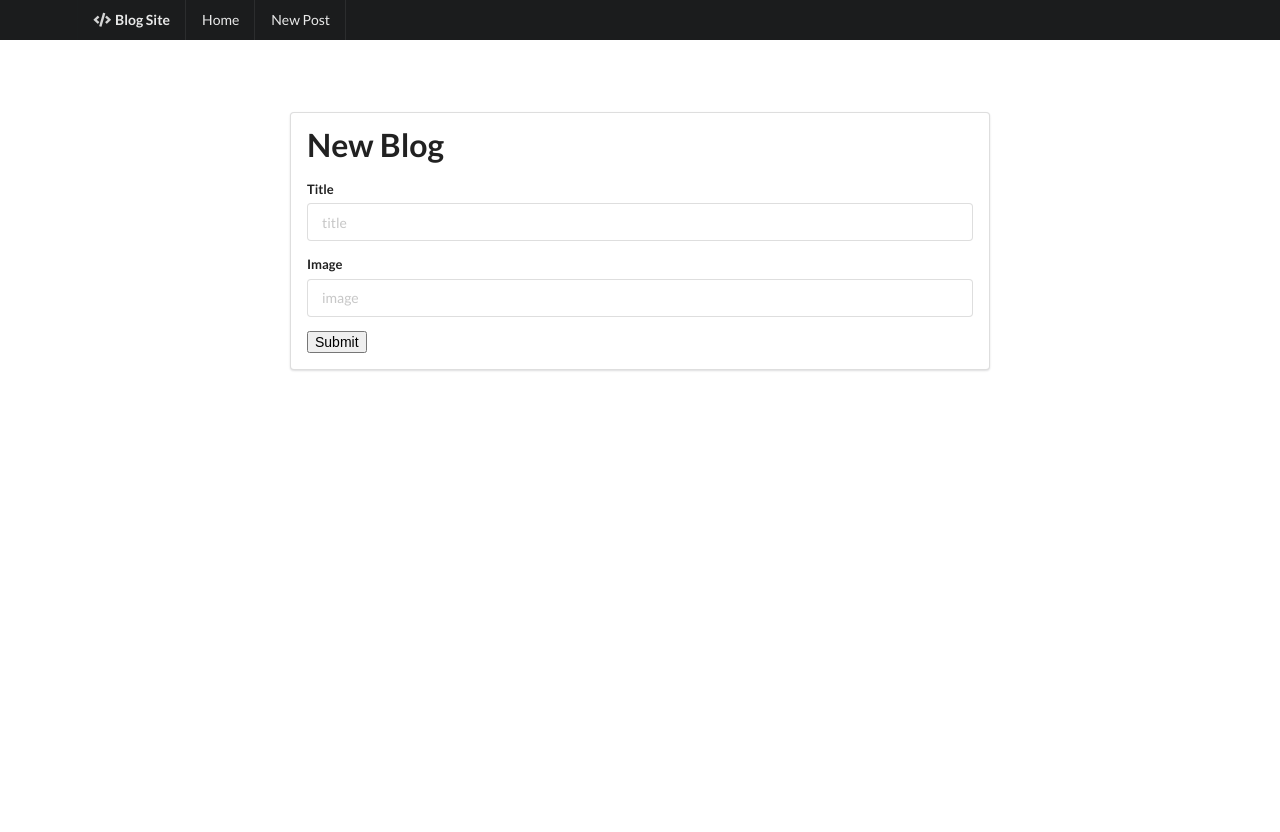
Repository: pruzic/webdevbootcamp
Page: http://localhost/blogs/new
The author's editor kept a record of every edit. The page is drawn from the files as they stood at one moment, then again after the next edit.
The browser window is 1280 px wide. The pictures show the whole page.
Some web libraries are served in a nearby version. The page is served by the project's Node server (RESTfulRouting/RESTfulBlogApp/app.js).

Above is the page before.

### workspace/RESTfulRouting/RESTfulBlogApp/views/new.ejs
<% include ./partials/header %>
<div class="ui main text container segment">
    <div class="ui huge header">
        New Blog
    </div>
    <form class="ui form" action="/blogs" method="POST">
        <div class="field">
            <label>Title</label>
            <input type="text" name="blog[title]" placeholder="title">
        </div>
        <div class="field">
            <label>Image</label>
            <input type="text" name="blog[image]" placeholder="image">
        </div>
        <div class="field">

        </div>

        <input type="submit" value="Submit">
    </form>
</div>

<% include ./partials/footer %>

### workspace/RESTfulRouting/RESTfulBlogApp/views/partials/header.ejs
<!DOCTYPE html>
<html>
    <header>
        <title>Blog App</title>
       <link rel="stylesheet" type="text/css" href="https://cdnjs.cloudflare.com/ajax/libs/semantic-ui/2.2.9/semantic.min.css">
       <link rel="stylesheet" type="text/css" href="/stylesheets/app.css">
    </header>

    <body>
       <div class="ui fixed inverted menu">
           <div class="ui container">
               <div class="header item"><i class="code icon"></i>Blog Site</div>
               <a href="/" class="item">Home</a>
               <a href="/blogs/new" class="item">New Post</a>
           </div>
       </div>

### workspace/RESTfulRouting/RESTfulBlogApp/views/partials/footer.ejs

   </body>
</html>

### workspace/RESTfulRouting/RESTfulBlogApp/app.js
var bodyParser          = require("body-parser"),
    methodOverride      = require("method-override"),
    expressSanitizer    = require("express-sanitizer"),
    mongoose            = require("mongoose"),
    express             = require("express"),
    app                 = express();

    //APP CONFIG
    mongoose.connect("mongodb://localhost/restful_blog_app");
    app.set("view engine", "ejs");
    app.use(express.static("public"));
    app.use(bodyParser.urlencoded({extended: true}));
    app.use(expressSanitizer(""));
    app.use(methodOverride("_method"));


    // MONGOOSE/MODEL CONFIG
    var blogSchema = new mongoose.Schema({
        title: String,
        image: String,
        body: String,
        created: {type: Date, default: Date.now}
    })
    var Blog = mongoose.model("Blog", blogSchema);

    // ONE TIME CREATE A BLOG IN DB
    // Blog.create({
    //     title: "Test Blog",
    //     image: "https://encrypted-tbn1.gstatic.com/images?q=tbn:ANd9GcQL6jwEziP1elZBuKZ7m53LEIKTAfGF_Zb_SNH0DorE1M2X-ihl",
    //     body: "Hello this is a blog post!"
    // })

    //RESTFUL ROUTES

    app.get("/", function(req, res) {
        res.redirect("/blogs");
    })
     //INDEX ROUTE
    app.get("/blogs", function(req, res){
        Blog.find({}, function(err, allBlogs){
            if(err){
                console.log(err);
            }
            else
            {
                 res.render("index", {blogs: allBlogs});
            }
        })
    });

    //NEW ROUTE
    app.get("/blogs/new", function(req, res) {
        res.render("new");
    });

    //CREATE ROUTE
    app.post("/blogs", function(req, res) {
      //Sanitizer is used to check for any HTML tag and javascript
      //input from user and make sure it is not harmful, by removing javascript from text.
      req.body.blog.body = expressSanitizer(req.body.blog.body);
      Blog.create(req.body.blog, function(err, newBlog){
          if(err){
               res.render("new")
          }
          else{
              //then, redirect to the index
             res.redirect("/blogs");
          }
      });

    });

    //SHOW ROUTE
    app.get("/blogs/:id", function(req, res) {
        Blog.findById(req.params.id, function(err, blog){
            if(err){
                res.redirect("/blogs")
            }
            else
            {
                res.render("show", {blog:blog});
            }
        });

        // res.send("SHOW PAGE!");
    });

    //EDIT ROUTE
    app.get("/blogs/:id/edit", function(req, res) {
        Blog.findById(req.params.id, function(err, foundBlog){
            if(err){
                res.redirect("/blogs");
            }
            else
            {
                res.render("edit", {blog: foundBlog});
            }
        });

    });

    //UPDATE ROUTE
    app.put("/blogs/:id", function(req, res){
        Blog.findByIdAndUpdate(req.params.id, req.body.blog, function(err, updatedBlog){
            if(err){
                res.redirect("/blogs");
            }
            else{
                res.redirect("/blogs/"+req.params.id);
            }
        });
    });

    //DELETE ROUTE
    app.delete("/blogs/:id", function(req, res){

      Blog.findByIdAndRemove(req.params.id, function(err){
          if(err){
               res.redirect("/blogs");
          }
          else{
              res.redirect("/blogs");
          }
      });
    });

    app.listen(process.env.PORT, process.env.IP, function() {
        console.log("Server Started!");
    })

### workspace/RESTfulRouting/RESTfulBlogApp/public/stylesheets/app.css
.container.main{
    margin-top: 7.0em;
}

.icon{
    font-size: 1.5em;
}

After the next edit:
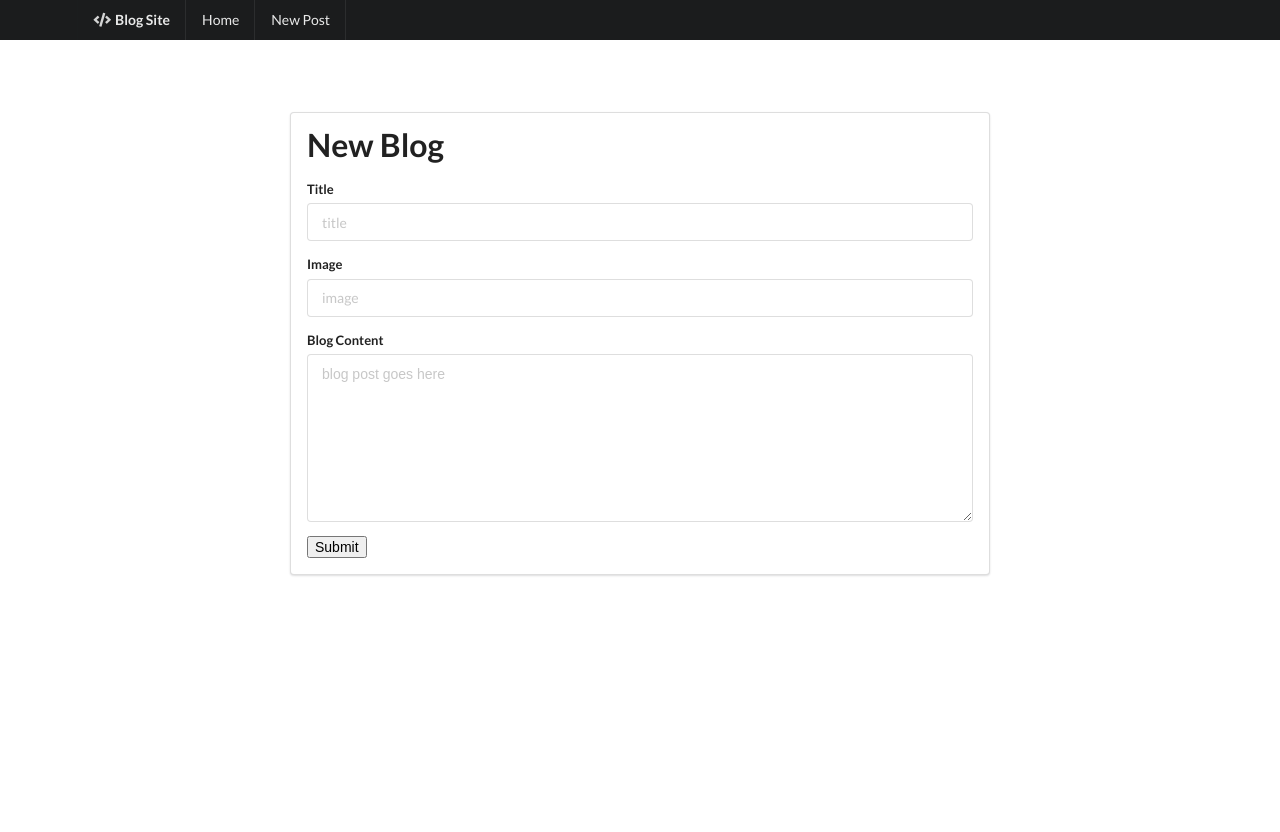
The edit:
--- a/workspace/RESTfulRouting/RESTfulBlogApp/views/new.ejs
+++ b/workspace/RESTfulRouting/RESTfulBlogApp/views/new.ejs
@@ -13,7 +13,8 @@
             <input type="text" name="blog[image]" placeholder="image">
         </div>
         <div class="field">
-
+            <label>Blog Content</label>
+            <textarea name="blog[body]" placeholder="blog post goes here"></textarea>
         </div>
 
         <input type="submit" value="Submit">
